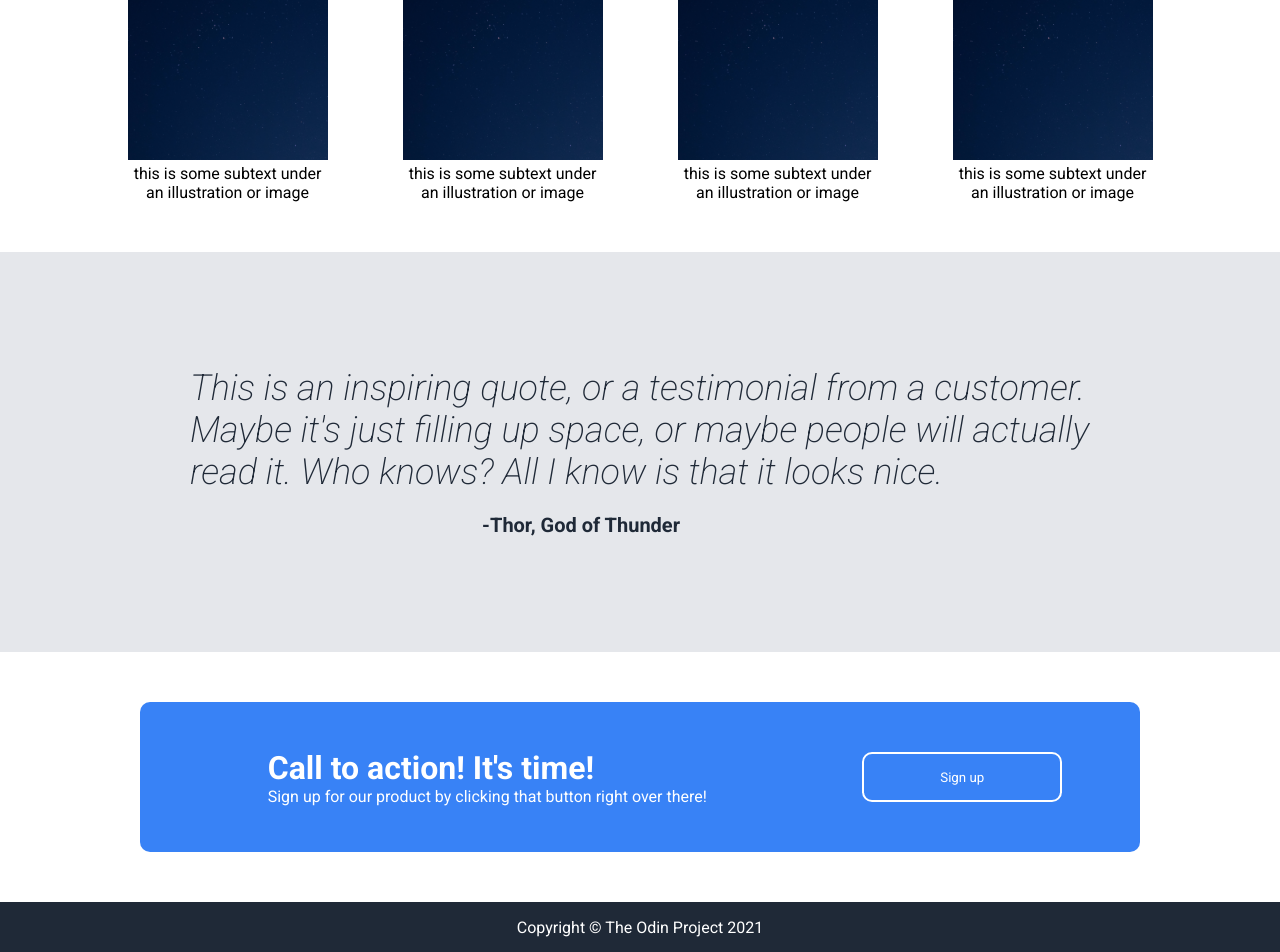
Repository: aaronestre/odin-landingpage
Page: index.html
These files come from the project's save history. The page is drawn as it stood at one moment and after the next save; the edit follows.
The browser window is 1280 px wide. The pictures show the part of the page from y = 732 to 1684 px (the page is 1684 px tall before and 1649 px after).
A picture or video elsewhere on the page could not be fetched, so the positions and the page height are approximate.

Above is the page before, as saved 2025-02-12 21:27:18.

### index.html
<!DOCTYPE html>
<html lang="en">
    <head>
        <meta charset="UTF-8" />
        <meta http-equiv="X-UA-Compatible" content="IE=edge" />
        <meta name="viewport" content="width=device-width, initial-scale=1.0" />
        <link rel="stylesheet" href="index.css" />
        <link rel="preconnect" href="https://fonts.googleapis.com">
<link rel="preconnect" href="https://fonts.gstatic.com" crossorigin>
<link href="https://fonts.googleapis.com/css2?family=Permanent+Marker&family=Roboto:ital,wght@0,100..900;1,100..900&display=swap" rel="stylesheet">

        <title>Odin Landing Page</title>
    </head>
    <body>
        <div class="header">
            <h1>Header Logo</h1>
            <div class="header-right">
                <p>header link 1</p>
                <p>header link 2</p>
                <p>header link 3</p>
            </div>
        </div>
        <div class="hero">
            <div class="hero-left">
                <h1>This website is awesome</h1>
                <p>This website has some subtext that goes here under the main title. It's a smaller font and the color is lower contrast</p>
                <button>Sign up</button>
            </div>
            <div class="hero-right">
                <img class="hero-image" src="./pictures/hero-image.jpg" alt="This is a placeholder for an image" />
            </div>
        </div>
        <div class="info">
            <h1>Some random information.</h1>
            <div class="info-container">
                <div class="info-item">
                    <img class="info-image" src="./pictures/placeholder.jpg" alt="This is a placeholder for an image" />
                    <p class="info-text">this is some subtext under an illustration or image</p>
                </div>
                <div class="info-item">
                    <img class="info-image" src="./pictures/placeholder.jpg" alt="This is a placeholder for an image" />
                    <p class="info-text">this is some subtext under an illustration or image</p>
                </div>
                <div class="info-item">
                    <img class="info-image" src="./pictures/placeholder.jpg" alt="This is a placeholder for an image" />
                    <p class="info-text">this is some subtext under an illustration or image</p>
                </div>
                <div class="info-item">
                    <img class="info-image" src="./pictures/placeholder.jpg" alt="This is a placeholder for an image" />
                    <p class="info-text">this is some subtext under an illustration or image</p>
                </div>
            </div>
        </div>
        <div class="quote">
            <p class="quote-text">
                This is an inspiring quote, or a testimonial from a customer. Maybe it's just filling up space, or maybe people will actually read it. Who knows? All I know is that it looks nice.
            </p>
            <p class="quote-author">-Thor, God of Thunder</p>
        </div>
        <div class="cta">
            <div class="cta-container">
                <div class="cta-text">
                    <h1>Call to action! It's time!</h1>
                    <p>Sign up for our product by clicking that button right over there!</p>
                </div>
                <button>Sign up</button>
            </div>
        </div>
        <div class="footer">
            <p>Copyright © The Odin Project 2021</p>
        </div>
    </body>
</html>

### index.css
* {
    margin: 0;
    padding: 0;
    box-sizing: border-box;
    font-family: Roboto;
}

.header {
    background-color: #1f2937;
    margin: 0px;
    width: 100%;
    height: 50px;
    color: white;
    font-family: Roboto;
    display: flex;
    justify-content: space-around;
    align-items: center;
}

.header h1 {
    font-size: 32px;
}

.header-right {
    display: flex;
    justify-content: flex-end;
    font-size: 18px;
    gap: 16px;
}

.hero {
    background-color: #1f2937;
    color: white;
    width: 100%;
    height: 500px;
    display: flex;
    justify-content: space-around;
    align-items: center;
}

.hero-left {
    margin-left: 175px;
    width: 20%;
}

.hero h1 {
    font-size: 48px;
    margin-bottom: 10px;
}

.hero p {
    font-size: 18px;
    margin-bottom: 10px;
}

.hero button {
    background-color: #3882f6;
    color: white;
    width: 100px;
    height: 40px;
    border-radius: 10px;
    border: none;
}

.hero-image {
    background-color: #1f2937;
    margin-right: 175px;
    height: 350px;
    display: flex;
    justify-content: center;
    align-items: center;
}

.info {
    display: flex;
    flex-direction: column;
    justify-content: center;
    align-items: center;
    margin-bottom: 50px;
}

.info h1 {
    font-size: 36px;
    margin: 50px 0;
}

.info-container {
    display: flex;
    justify-content: center;
    align-items: center;
    gap: 75px;
}

.info-image {
    width: 200px;
}

.info-text {
    width: 200px;
    text-align: center;
}

.quote {
    background-color: #e5e7eb;
    display: flex;
    flex-direction: column;
    justify-content: center;
    align-items: center;
    font-size: 36px;
    color: #1f2937;
    height: 400px;
}

.quote-text {
    font-style: italic;
    font-weight: 200;
    margin-bottom: 20px;
    width: 900px;
}

.quote-author {
    font-weight: bold;
    font-size: 20px;
    align-self: flex-end;
    margin-right: 600px;
}

.cta {
    color: #fff;
    display: flex;
    justify-content: center;
    margin: 50px;
}

.cta-container {
    background-color: #3882f6;
    display: flex;
    height: 150px;
    width: 1000px;
    border-radius: 10px;
    justify-content: space-around;
    align-items: center;
}

.cta-text {
    display: flex;
    flex-direction: column;
    justify-content: center;
    margin-left: 50px;
}

.cta button {
    background-color: #3882f6;
    color: #fff;
    width: 200px;
    height: 50px;
    border-radius: 10px;
    border: 2px solid #fff;
}

.footer {
    background-color: #1f2937;
    color: #fff;
    display: flex;
    justify-content: center;
    align-items: center;
    height: 50px;
}

After the next save:
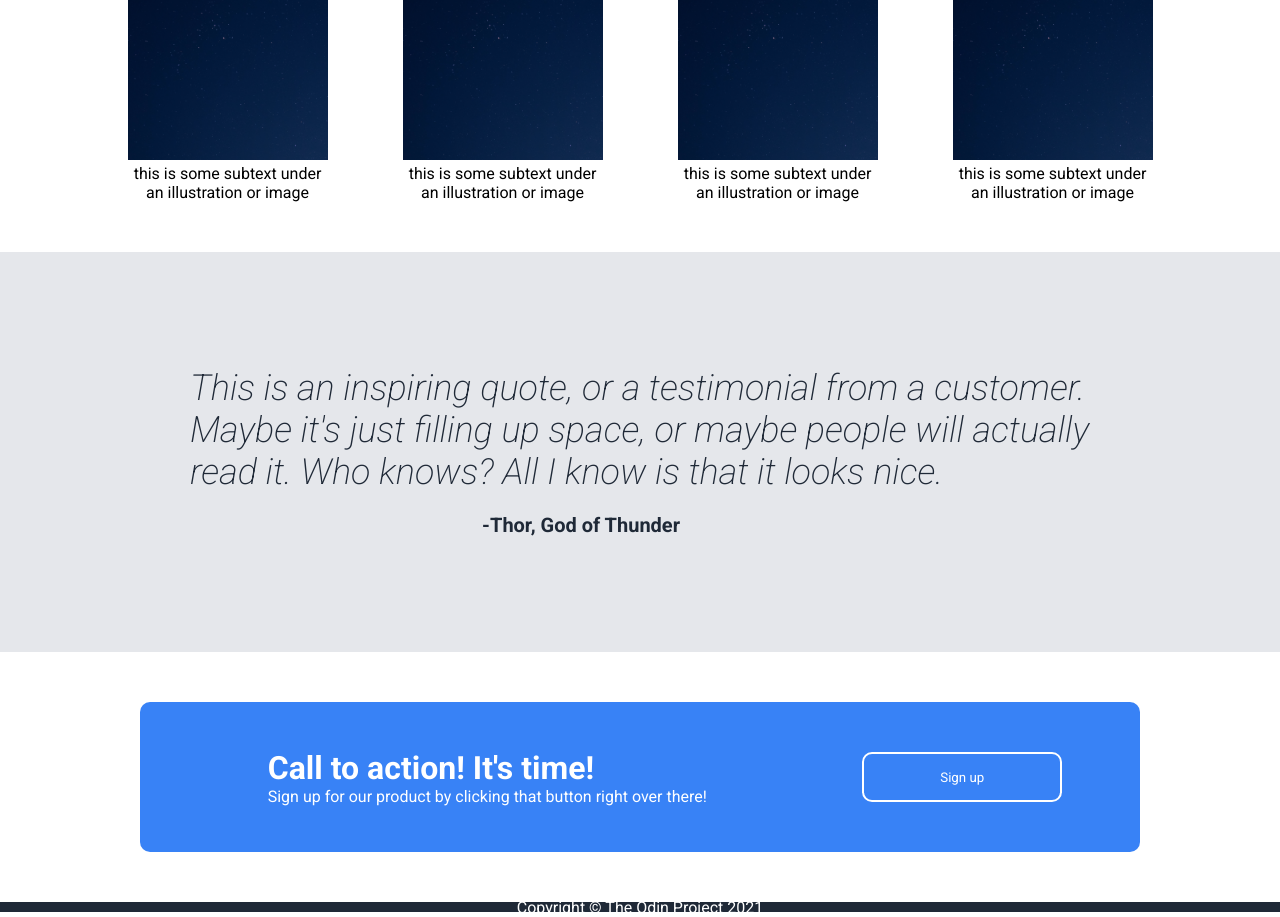
Saved 10 s later.
--- a/index.css
+++ b/index.css
@@ -164,5 +164,5 @@
     display: flex;
     justify-content: center;
     align-items: center;
-    height: 50px;
+    height: 10px;
 }
